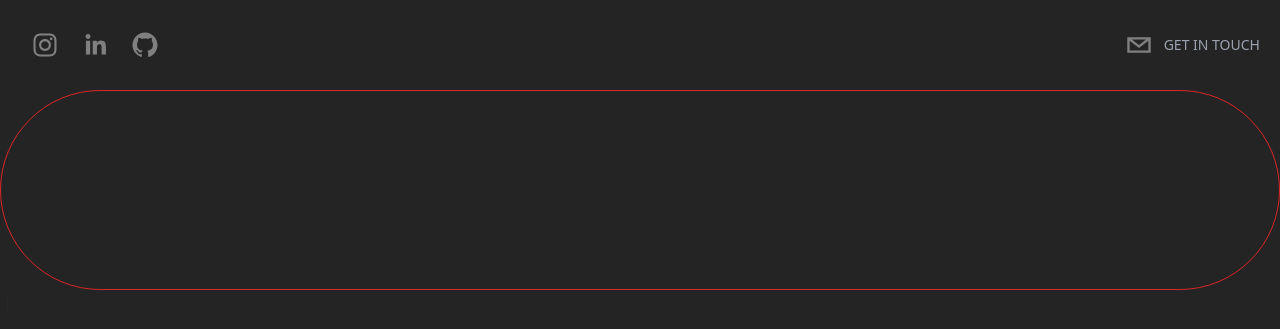
Repository: husainmamuwala/portfolio2.0
Page: /
The author's editor kept a copy of each file at every save. The page is drawn from the files as they stood at one save, then again after a run of saves.
The browser window is 1280 px wide. The pictures show the whole page.
The project was rebuilt for these pictures with package versions that can differ from the ones it lists, and the page was loaded fresh each time. The framework's server and built-in components were replaced by stand-ins that run in the browser. Also part of the build but not shown: next.config.js.

Above is the page before, as saved 2022-09-17 18:29:11.

After the next 5 saves:
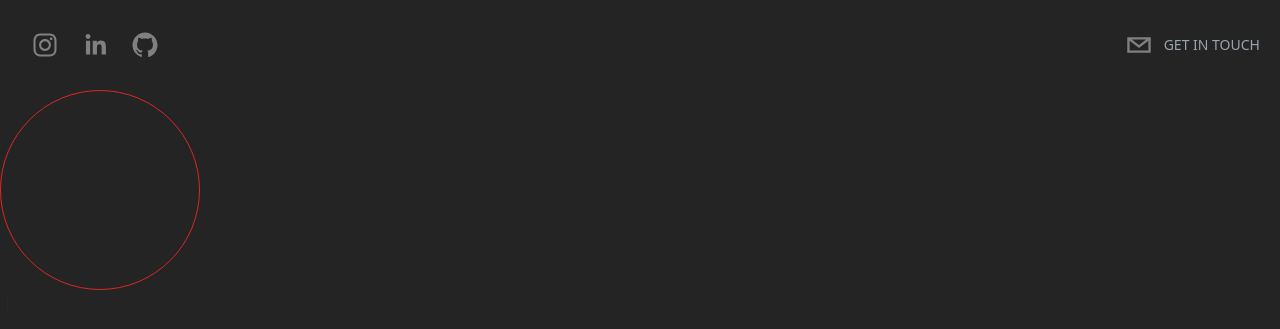
The 5 saves are shown as one change because they came seconds apart.
The last was saved 13 s later.
--- a/components/BackgroundCircles.tsx
+++ b/components/BackgroundCircles.tsx
@@ -5,7 +5,7 @@ type Props = {}
 function BackgroundCircles({}: Props) {
   return (
     <div>
-        <div className='border border-red-600 rounded-full h-[200px] w-'/>
+        <div className='border border-red-600 rounded-full h-[200px] w-[200px]'/>
         <div/>
         <div/>
         <div/>
